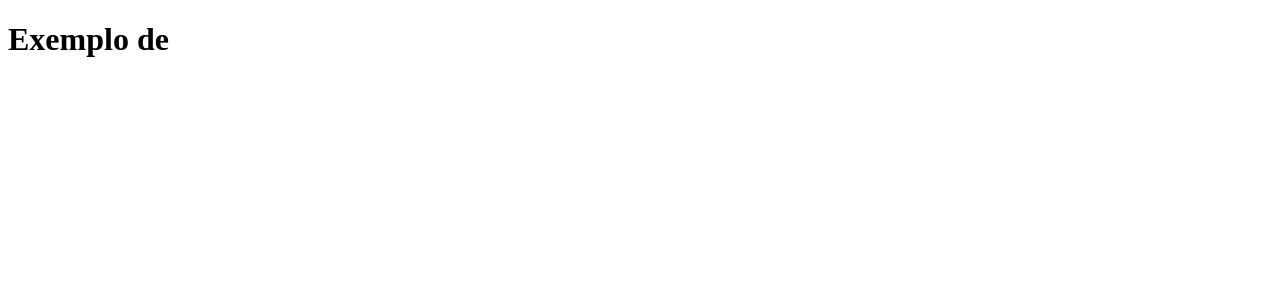
Repository: Codigo404q/html-css
Page: exercicios/ex025/form008.html
The author's editor kept a copy of each file at every save. The page is drawn from the files as they stood at one save, then again after the next save.
The browser window is 1280 px wide. The pictures show the whole page.

Above is the page before, as saved 2024-01-31 21:24:00.

After the next save:
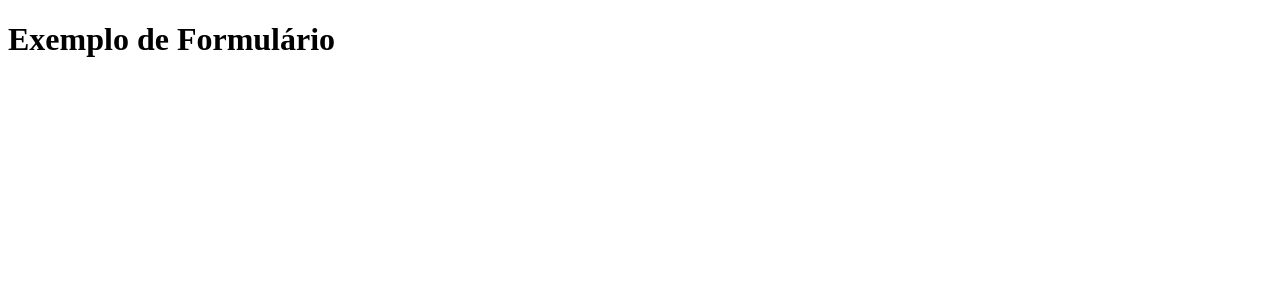
Saved 6 s later.
--- a/exercicios/ex025/form008.html
+++ b/exercicios/ex025/form008.html
@@ -6,7 +6,7 @@
     <title>Formulário</title>
 </head>
 <body>
-    <h1>Exemplo de
+    <h1>Exemplo de Formulário
     </h1>
 </body>
 </html>
